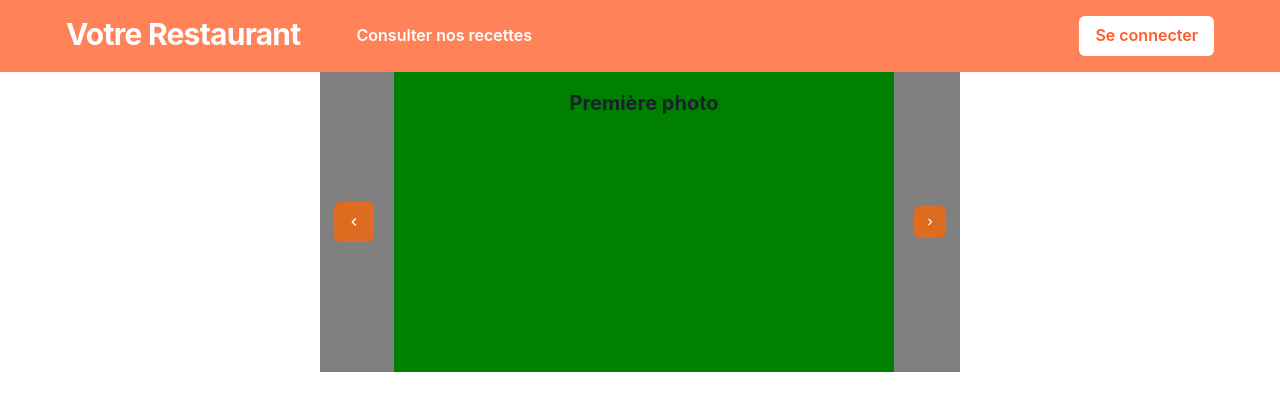
Repository: Ecaron76/tp-restau-next
Page: /
These files come from the project's save history. The page is drawn as it stood at one moment and after the next save; the edit follows.
The browser window is 1280 px wide. The pictures show the whole page.
The project was rebuilt for these pictures with package versions that can differ from the ones it lists, and the page was loaded fresh each time. The framework's server and built-in components were replaced by stand-ins that run in the browser. Also part of the build but not shown: next.config.mjs.

Above is the page before, as saved 2024-02-25 18:58:01.

### src/app/layout.tsx
'use client'

import { Inter } from "next/font/google";
import "./globals.css";
import { ChakraProvider, extendTheme  } from '@chakra-ui/react'
import Header from "@/components/Header/Header";
const theme = extendTheme({
  colors: {
    brand: {
      50: '#ffeee6',
      100: '#ffc7b7',
      200: '#ffa788',
      300: '#ff8259',
      400: '#ff5b29',
      500: '#ff3300',
      600: '#cc2900',
      700: '#991f00',
      800: '#661600',
      900: '#330c00',
    },
  },
});



export function Providers({ children }: { children: React.ReactNode }) {
  return <ChakraProvider theme={theme}>{children}</ChakraProvider>
}

export default function RootLayout({
  children,
}: Readonly<{
  children: React.ReactNode;
}>) {
  return (
    <html lang="en">
      <body>
        <Providers>{children}</Providers>
      </body>
    </html>
  );
}

### src/app/page.tsx
"use client"
import Image from "next/image";

import Header from "@/components/Header/Header";
import PageContainer from "@/components/PageContainer/PageContainer";
import SliderResto from "@/components/SliderResto/SliderResto";
import Slider from "react-slick";
import { Box } from "@chakra-ui/react";
const settings = {
  dots: true,
  infinite: true,
  speed: 500,
  slidesToShow: 1,
  slidesToScroll: 1,
};
export default function Home() {
  return (
    <main >
      <Header />
      <PageContainer>
        <SliderResto />
      </PageContainer>
    </main>
  );
}

### src/app/globals.css
:root {
  --max-width: 1100px;
  --border-radius: 12px;
  --font-mono: ui-monospace, Menlo, Monaco, "Cascadia Mono", "Segoe UI Mono",
    "Roboto Mono", "Oxygen Mono", "Ubuntu Monospace", "Source Code Pro",
    "Fira Mono", "Droid Sans Mono", "Courier New", monospace;

  --foreground-rgb: 0, 0, 0;
  --background-start-rgb: 214, 219, 220;
  --background-end-rgb: 255, 255, 255;

  --primary-glow: conic-gradient(
    from 180deg at 50% 50%,
    #16abff33 0deg,
    #0885ff33 55deg,
    #54d6ff33 120deg,
    #0071ff33 160deg,
    transparent 360deg
  );
  --secondary-glow: radial-gradient(
    rgba(255, 255, 255, 1),
    rgba(255, 255, 255, 0)
  );

  --tile-start-rgb: 239, 245, 249;
  --tile-end-rgb: 228, 232, 233;
  --tile-border: conic-gradient(
    #00000080,
    #00000040,
    #00000030,
    #00000020,
    #00000010,
    #00000010,
    #00000080
  );

  --callout-rgb: 238, 240, 241;
  --callout-border-rgb: 172, 175, 176;
  --card-rgb: 180, 185, 188;
  --card-border-rgb: 131, 134, 135;
}

@media (prefers-color-scheme: dark) {
  :root {
    --foreground-rgb: 255, 255, 255;
    --background-start-rgb: 0, 0, 0;
    --background-end-rgb: 0, 0, 0;

    --primary-glow: radial-gradient(rgba(1, 65, 255, 0.4), rgba(1, 65, 255, 0));
    --secondary-glow: linear-gradient(
      to bottom right,
      rgba(1, 65, 255, 0),
      rgba(1, 65, 255, 0),
      rgba(1, 65, 255, 0.3)
    );

    --tile-start-rgb: 2, 13, 46;
    --tile-end-rgb: 2, 5, 19;
    --tile-border: conic-gradient(
      #ffffff80,
      #ffffff40,
      #ffffff30,
      #ffffff20,
      #ffffff10,
      #ffffff10,
      #ffffff80
    );

    --callout-rgb: 20, 20, 20;
    --callout-border-rgb: 108, 108, 108;
    --card-rgb: 100, 100, 100;
    --card-border-rgb: 200, 200, 200;
  }
}

* {
  box-sizing: border-box;
  padding: 0;
  margin: 0;
}

html,
body {

  overflow-x: hidden;
}

body {
  color: rgb(var(--foreground-rgb));
  background: linear-gradient(
      to bottom,
      transparent,
      rgb(var(--background-end-rgb))
    )
    rgb(var(--background-start-rgb));
}

a {
  color: inherit;
  text-decoration: none;
}

@media (prefers-color-scheme: dark) {
  html {
    color-scheme: dark;
  }
}

### src/components/Header/Header.tsx
import { Box, Flex, Heading, Spacer, Button } from '@chakra-ui/react';
import NextLink from 'next/link'; // Pour gérer la navigation entre les pages

const Header = () => {
  return (
    <Box bg="brand.300" p={4} color="white">
      <Flex alignItems="center" maxW="100%" marginLeft={'50px'} marginRight={'50px'} justifyContent='space-between'>
        {/* Logo ou Nom du restaurant */}
        <Box display={'flex'} gap={10}>
        <Heading as="h1" size="lg" letterSpacing="tight">
          <NextLink href="/" passHref>
              Votre Restaurant
          </NextLink>
        </Heading>
        <Box>
          <NextLink href="/recettes" passHref>
            <Button  variant="ghost" color={'white'}>
              Consulter nos recettes
            </Button>
          </NextLink>
        </Box>
        </Box>
        <Box>
          <NextLink href="/login" passHref>
            <Button  variant="ghost" color={'brand.400'} bg={'white'}>
              Se connecter
            </Button>
          </NextLink>
        </Box>
      </Flex>
    </Box>
  );
};

export default Header;

### src/components/PageContainer/PageContainer.tsx
import { Box } from "@chakra-ui/react";

export default function PageContainer({children}: {children: React.ReactNode}) {
    return (
      <Box marginRight={'25%'}marginLeft={'25%'} bg="grey">
        {children}
      </Box>
    )
  }

### src/components/SliderResto/SliderResto.tsx
import { ChevronLeftIcon, ChevronRightIcon } from "@chakra-ui/icons";
import { Box, Button, IconButton, Text } from "@chakra-ui/react";
import { useState } from "react";

export default function SliderResto() {
    const [currentSlide, setCurrentSlide] = useState(0);
    const slides = [
        { id: 1, title: 'Première photo', },
        { id: 2, title: 'Deuxième photo',  },
        { id: 3, title: 'Troisième photo',  },
      ];

      const goToNextSlide = () => {
        setCurrentSlide((prevSlide: number) => (prevSlide + 1) % slides.length);
      };

      const goToPrevSlide = () => {
        setCurrentSlide((prevSlide: number) => (prevSlide - 1 + slides.length) % slides.length);
      };
  return (
    <Box display={'flex'} justifyContent={'center'} alignItems={'center'} gap={5}>
        <IconButton
          onClick={goToPrevSlide}
          icon={<ChevronLeftIcon />}
          colorScheme="orange"
          size="md"
          aria-label="Précédent"
        />
    <Box position="relative" textAlign="center" p={4} bg={'green'} width={'500px'} height={300}>
      <Text fontSize="xl" fontWeight="bold" mb={2}>
        {slides[currentSlide].title}
      </Text>
      <Box position="absolute" bottom="0" left="50%" transform="translateX(-50%)">


      </Box>
    </Box>
    <IconButton
          onClick={goToNextSlide}
          icon={<ChevronRightIcon />}
          colorScheme="orange"
          size="sm"
          aria-label="Suivant"
        />
    </Box>
  );
}

After the next save:
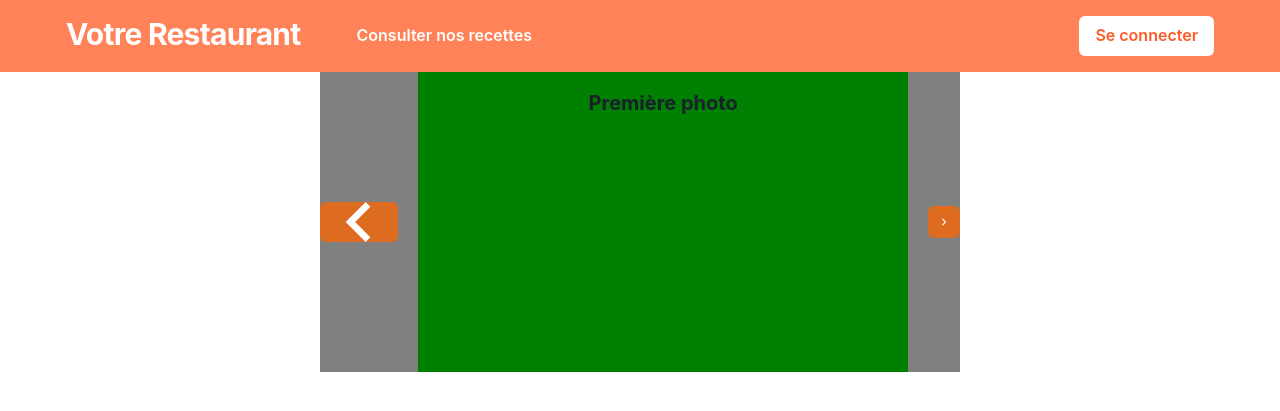
Saved 23 s later.
--- a/src/components/SliderResto/SliderResto.tsx
+++ b/src/components/SliderResto/SliderResto.tsx
@@ -21,7 +21,7 @@
     <Box display={'flex'} justifyContent={'center'} alignItems={'center'} gap={5}>
         <IconButton
           onClick={goToPrevSlide}
-          icon={<ChevronLeftIcon />}
+          icon={<ChevronLeftIcon boxSize={20} />}
           colorScheme="orange"
           size="md"
           aria-label="Précédent"

After the 3 saves that followed:
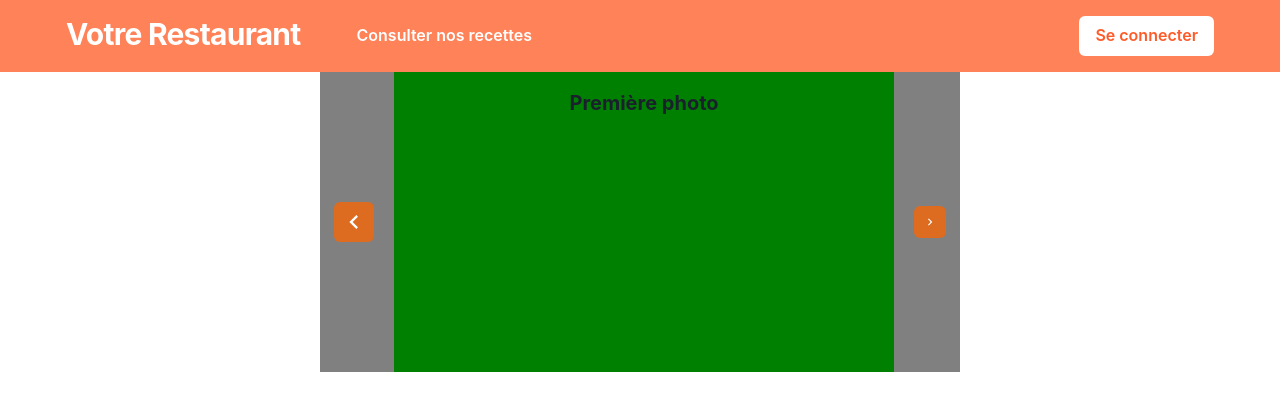
The 3 saves are shown as one change because they came seconds apart.
The last was saved 10 s later.
--- a/src/components/SliderResto/SliderResto.tsx
+++ b/src/components/SliderResto/SliderResto.tsx
@@ -21,7 +21,7 @@
     <Box display={'flex'} justifyContent={'center'} alignItems={'center'} gap={5}>
         <IconButton
           onClick={goToPrevSlide}
-          icon={<ChevronLeftIcon boxSize={20} />}
+          icon={<ChevronLeftIcon boxSize={7} />}
           colorScheme="orange"
           size="md"
           aria-label="Précédent"
